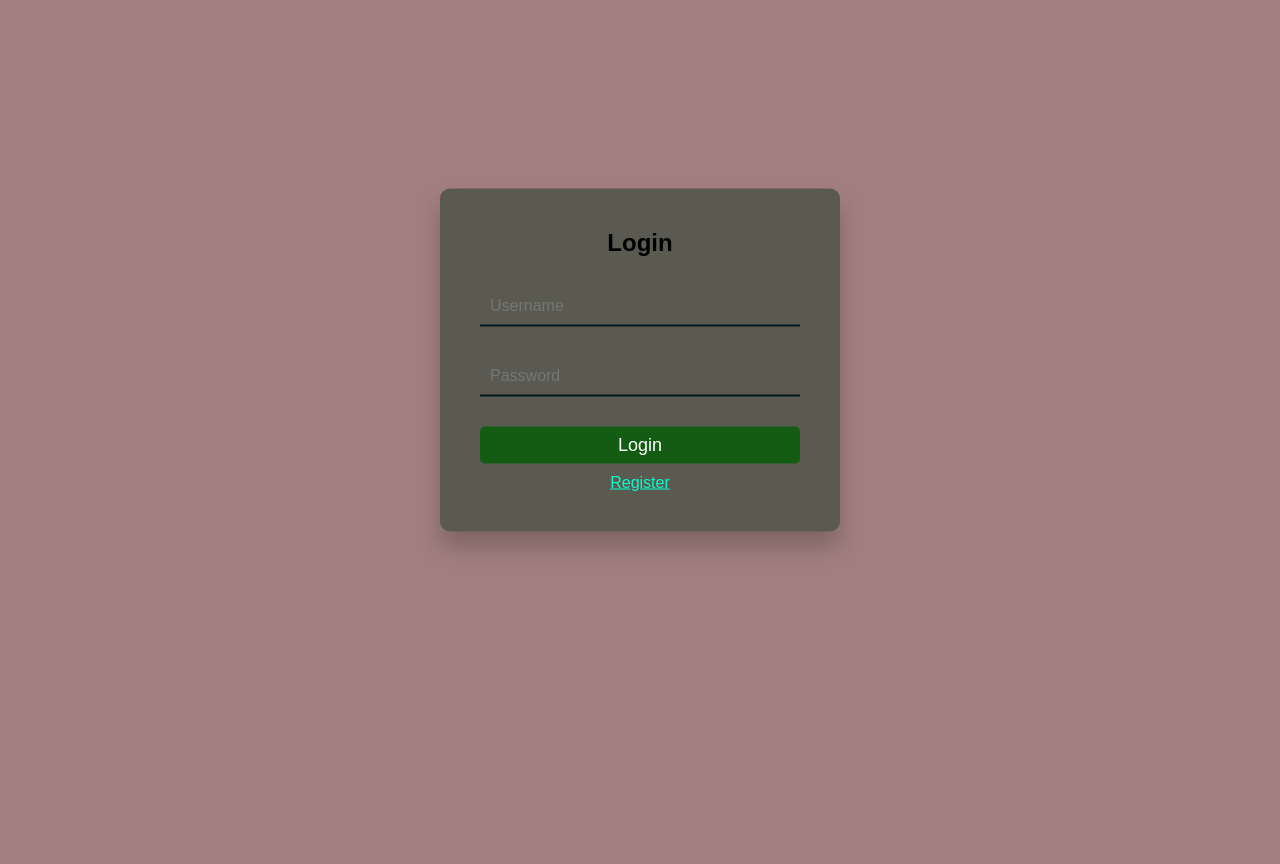
Repository: SRBshakib/Safe-Food---DBMS-project
Page: Organaization/login.html
These files come from the project's save history. The page is drawn as it stood at one moment and after the next save; the edit follows.
The browser window is 1280 px wide. The pictures show the whole page.

Above is the page before, as saved 2024-11-10 22:11:29.

After the next save:
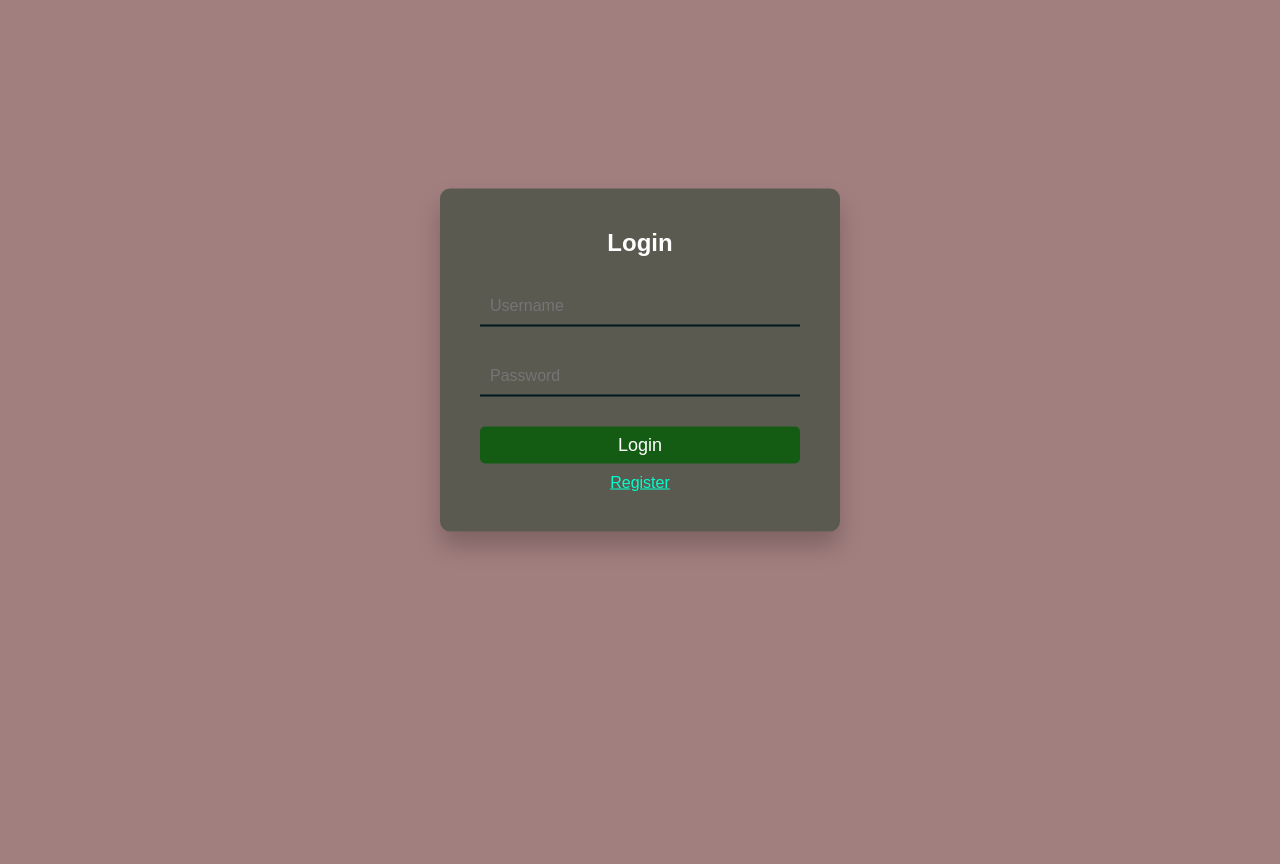
Saved 18 s later.
--- a/Organaization/style_login.css
+++ b/Organaization/style_login.css
@@ -13,7 +13,7 @@ body {
     align-items: center;
     height: 120vh;
     background-color: #46000080;
-    color: rgb(0, 0, 0);
+    color: rgb(255, 255, 255);
 }
 
 .login-box {
